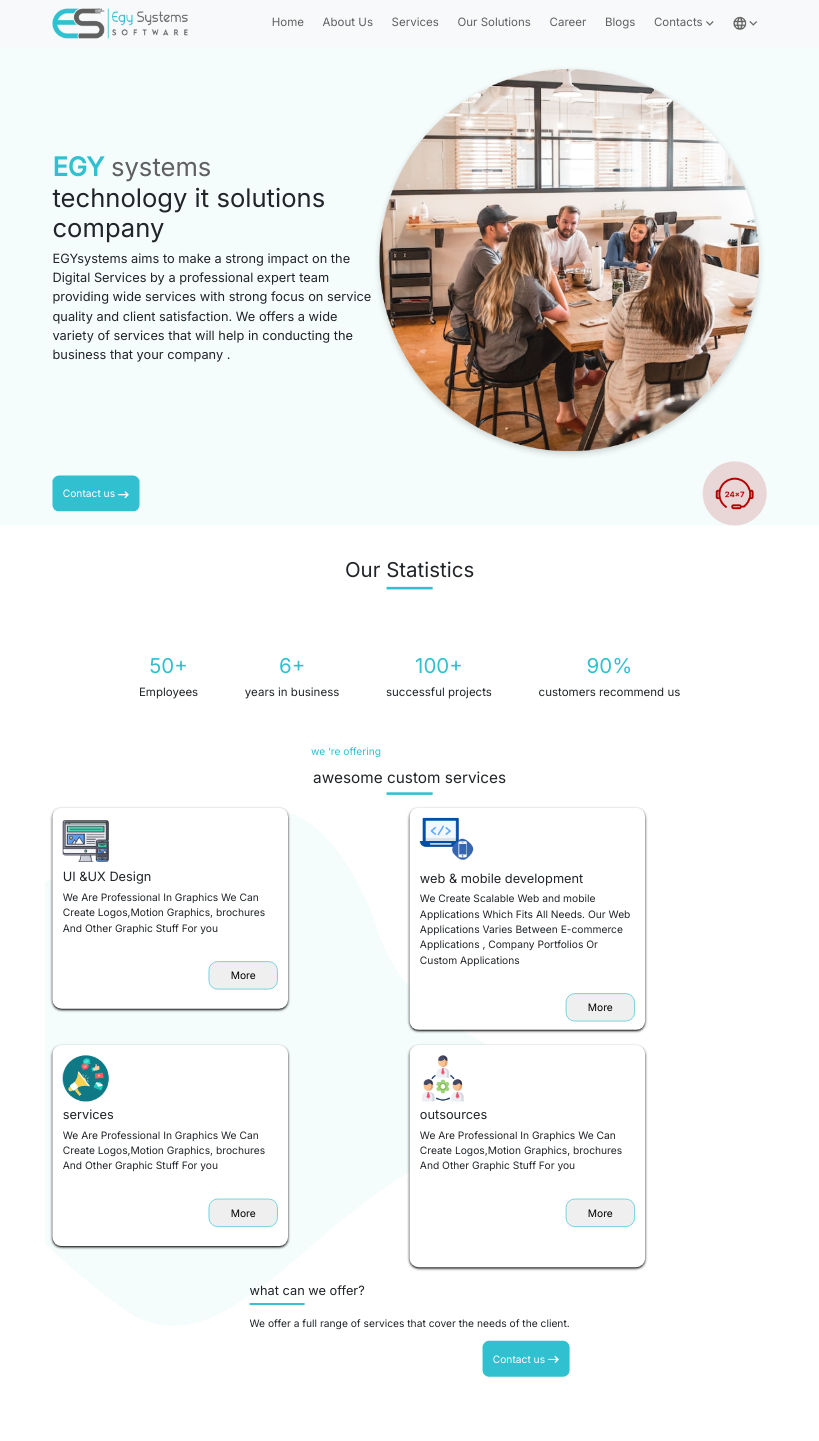
Repository: hamdyAbdelazeim/Egysystem-Home
Page: index.html
An editor plug-in stored every save of this project. The page is shown before and after a run of saves, followed by the edit.
The browser window is 1280 px wide. The pictures show the whole page, at 64% of full size.

Above is the page before, as saved 2023-07-13 13:10:42.

After the next 5 saves:
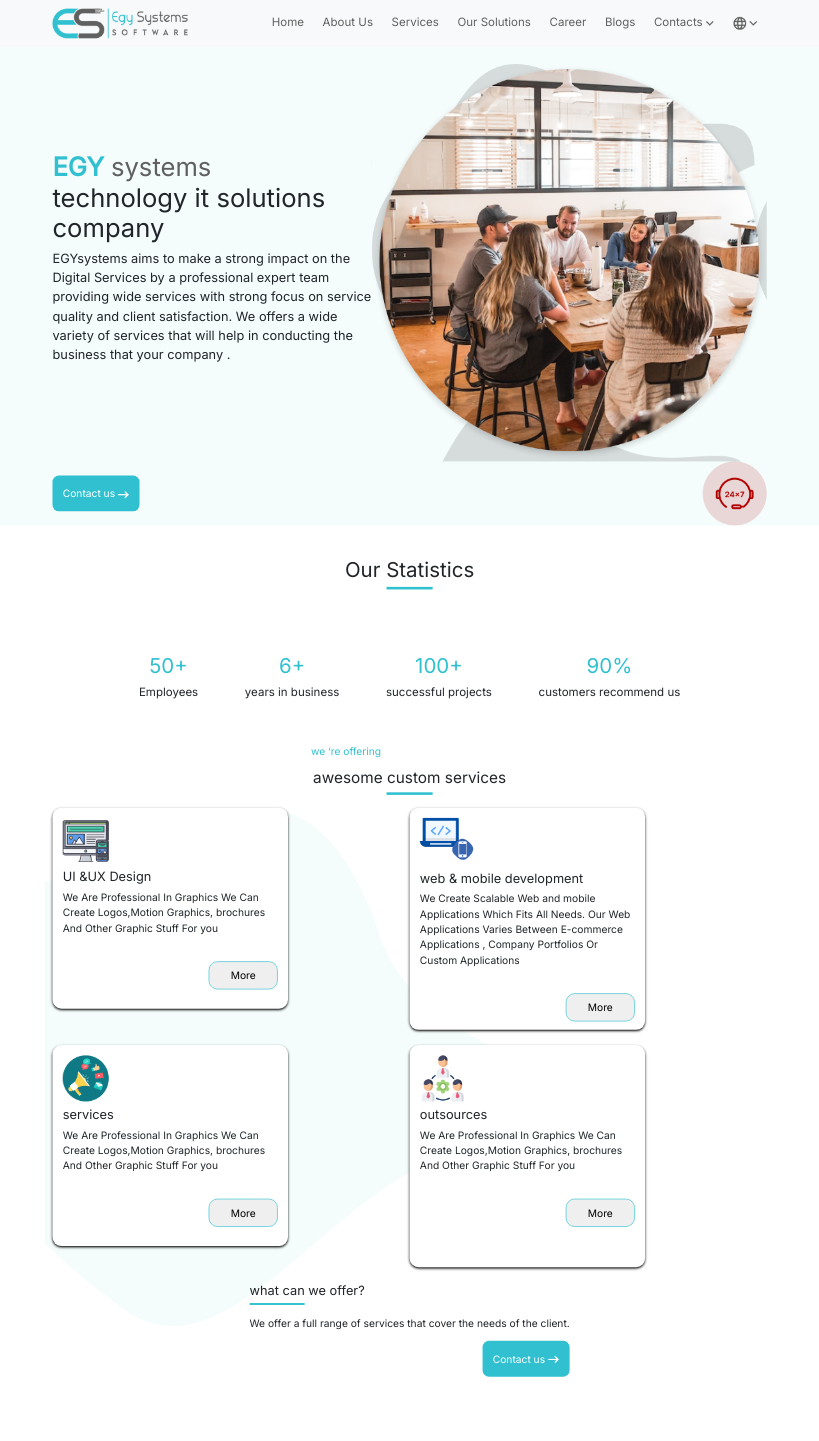
The 5 saves are shown as one change because they came seconds apart.
The last was saved 14 s later.
--- a/css/style.css
+++ b/css/style.css
@@ -56,8 +56,8 @@ body {
   /* background-image: url('/assets/Ellipse\ 36.png');
   background-repeat: no-repeat; */
 }
-.Home-img{
-
+.Home-img {
+  background-image: url('/assets/Ellipse\ 36.png');
 }
 .Egy {
   color: var(--primary);
